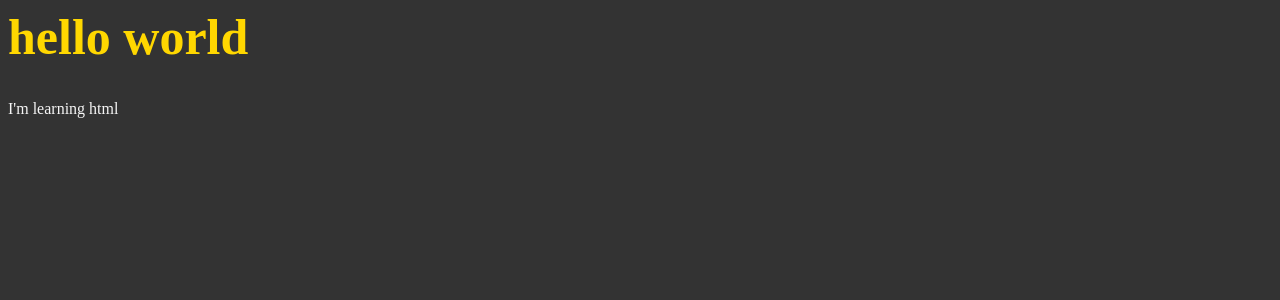
Repository: bao2222/hoc-lam-web
Page: icon.html
These files come from the project's save history. The page is drawn as it stood at one moment and after the next save; the edit follows.
The browser window is 1280 px wide. The pictures show the whole page.

Above is the page before, as saved 2024-11-17 20:09:31.

### icon.html
<html>
    <head>
        <title>this is website</title>
        <style>
            h1 {
                font-size: 50px;
                color: FFD700;
                size: 50px;

            }
            body {
                background-color: #333;
                color:whitesmoke;
            }
        </style>

    </head>
    <body>
        <h1>hello world</h1>
        <p>I'm learning html</p>

    </body>


</html>

After the next save:
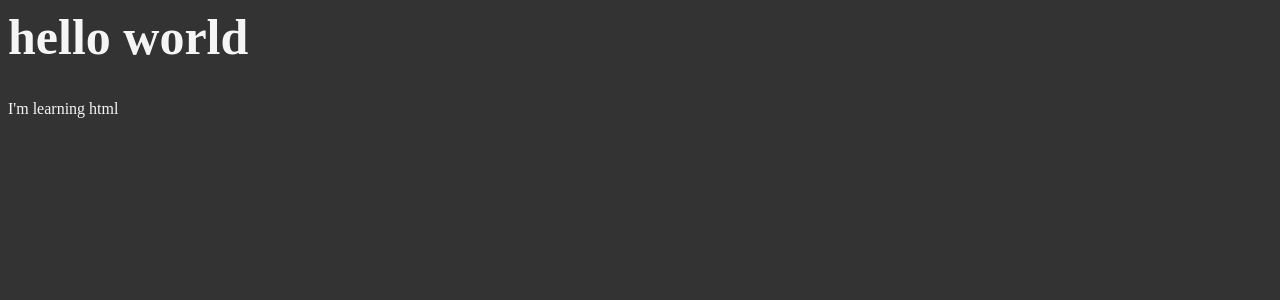
Saved 33 s later.
--- a/icon.html
+++ b/icon.html
@@ -4,8 +4,7 @@
         <style>
             h1 {
                 font-size: 50px;
-                color: FFD700;
-                size: 50px;
+
 
             }
             body {
